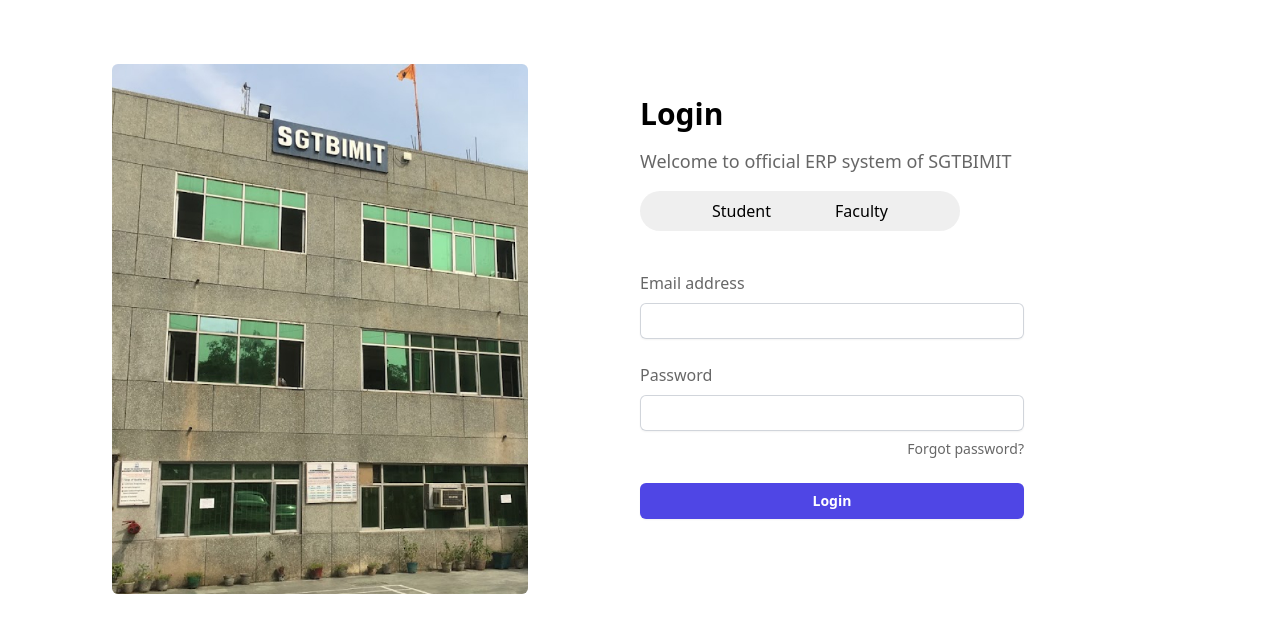
Repository: SehajBindra/SGTBIMIT-ERP-Client
Page: /StudentLogin
An editor plug-in stored every save of this project. The page is shown before and after the next save, followed by the edit.
The browser window is 1280 px wide. The pictures show the whole page.
The project was rebuilt for these pictures with package versions that can differ from the ones it lists, and the page was loaded fresh each time. Also part of the build but not shown: src/LOGIN/Login.js, src/LOGIN/FACULTY/FacultyLogin.js, src/STUDENT_PAGE/StuBody.js, src/STUDENT_PAGE/StuSidebar.js, src/STUDENT_PAGE/StuHeader.js, src/STUDENT_PAGE/StudentHome.js, src/FACULTY_PAGE/FacBody.js, src/FACULTY_PAGE/FacHeader.js and 2 more.

Above is the page before, as saved 2023-05-14 16:09:15.

### src/App.js
import React from 'react';
import { BrowserRouter as Router, Routes, Route } from "react-router-dom";
import './App.css';
import Login from './LOGIN/Login';
import StudentLogin from './LOGIN/STUDENT/StudentLogin';
import FacultyLogin from './LOGIN/FACULTY/FacultyLogin';
import StuBody from './STUDENT_PAGE/StuBody';
import StudentHome from './STUDENT_PAGE/StudentHome';
import StuSidebar from './STUDENT_PAGE/StuSidebar';
import StuHeader from './STUDENT_PAGE/StuHeader';
import FacBody from './FACULTY_PAGE/FacBody';
import FacHeader from './FACULTY_PAGE/FacHeader';
import FacSidebar from './FACULTY_PAGE/FacSidebar';
import FacultyHome from './FACULTY_PAGE/FacultyHome';
function App() {
  return (
    <div className="App">
      <Router>
        <Routes>
        <Route exact path="/" element={<Login />}></Route>
        <Route exact path="StudentLogin" element={<StudentLogin/>}></Route>
        <Route exact path="FacultyLogin" element={<FacultyLogin/>}></Route>
        <Route exact path="StuBody" element={<StuBody/>}></Route>
        <Route exact path="StuSidebar" element={<StuSidebar/>}></Route>
        <Route exact path="StuHeader" element={<StuHeader/>}></Route>
        <Route exact path="StudentHome" element={<StudentHome/>}></Route>
        <Route exact path="FacBody" element={<FacBody/>}></Route>
        <Route exact path="FacHeader" element={<FacHeader/>}></Route>
        <Route exact path="FacSidebar" element={<FacSidebar/>}></Route>
        <Route exact path="FacultyHome" element={<FacultyHome/>}></Route>
        </Routes>
      </Router>
    </div>
  );
}

export default App;

### src/LOGIN/STUDENT/StudentLogin.js
import React, { useEffect, useState } from "react";
import VisibilityIcon from "@mui/icons-material/Visibility";
import VisibilityOffIcon from "@mui/icons-material/VisibilityOff";

const StudentLogin = () => {
  const [translate, setTranslate] = useState(false);
  const [username, setUsername] = useState("");
  const [password, setPassword] = useState("");
  const [showPassword, setShowPassword] = useState(false);
  const [loading] = useState(false);

  useEffect(() => {
    setTimeout(() => {
      setTranslate(true);
    }, 1000);
  }, []);

  return (
    <div className=" grid grid-cols-4 h-[530px] my-16 mx-auto max-w-7xl ">
      <div className=" col-span-2">
        <img
          className="hidden md:inline h-[530px] object-cover rounded-md"
          src="/sgtb.jpg"
          alt="banner_image"
        />
      </div>

      <div className="bg-white text-left   col-span-2 my-8">
        <h2 className="text-3xl  font-semibold">Login</h2>
        <p className="text-black/60 text-[18px] my-4">
          Welcome to official ERP system of SGTBIMIT
        </p>

        <div
          className="flex  flex-row items-center  justify-center h-10 text-[#
            1B449C] bg-[#EEEE] max-w-xs  space-x-16 capitalize text-[16px] rounded-[32px]"
        >
          <p>student</p>
          <p className="">faculty</p>
        </div>

        <div>
          <div className="mt-10 text-[16px]  sm:w-full sm:max-w-sm">
            <form className="space-y-6" action="#" method="POST">
              <div>
                <label className="block text-left  font-normal leading-6 text-black/60">
                  Email address
                </label>
                <div className="mt-2">
                  <input
                    id="email"
                    name="email"
                    type="email"
                    autoComplete="email"
                    required
                    className="block w-full rounded-md border-0 py-1.5 text-gray-900 shadow-sm ring-1 ring-inset ring-gray-300 placeholder:text-gray-400 focus:ring-2 focus:ring-inset focus:ring-indigo-600 sm:text-sm sm:leading-6"
                  />
                </div>
              </div>

              <div>
                <div className="flex items-center justify-between">
                  <label
                    htmlFor="password"
                    className="block  font-normal leading-6 text-black/60"
                  >
                    Password
                  </label>
                </div>
                <div className="mt-2">
                  <input
                    id="password"
                    name="password"
                    type="password"
                    autoComplete="current-password"
                    required
                    className="block w-full rounded-md border-0 py-1.5 text-gray-900 shadow-sm ring-1 ring-inset ring-gray-300 placeholder:text-gray-400 focus:ring-2 focus:ring-inset focus:ring-indigo-600 sm:text-sm sm:leading-6"
                  />
                </div>
                <div className="text-sm text-right my-2">
                  <a
                    href="#"
                    className=" font-medium text-black/60 hover:text-black/60"
                  >
                    Forgot password?
                  </a>
                </div>
              </div>

              <div>
                <button
                  type="submit"
                  className="flex w-full justify-center rounded-md bg-indigo-600 px-3 py-1.5 text-sm font-semibold leading-6 text-white shadow-sm hover:bg-indigo-500 focus-visible:outline focus-visible:outline-2 focus-visible:outline-offset-2 focus-visible:outline-indigo-600"
                >
                  Login
                </button>
              </div>
            </form>
          </div>
        </div>
      </div>
    </div>
  );
};

export default StudentLogin;

### src/LOGIN/Login.css
*{
    margin: 0;
    padding: 0;
}
.display{
    min-height: 100vh;
    width: 100%;
    background-image: url("back.jpg");
    background-repeat: no-repeat;
    background-size: cover;
    background-position: center;
    position: relative;

}

Loaded but not shown: public/index.html (common file); src/index.js (common file); src/index.css (common file); src/App.css (common file); tailwind.config.js (common file)

After the next save:
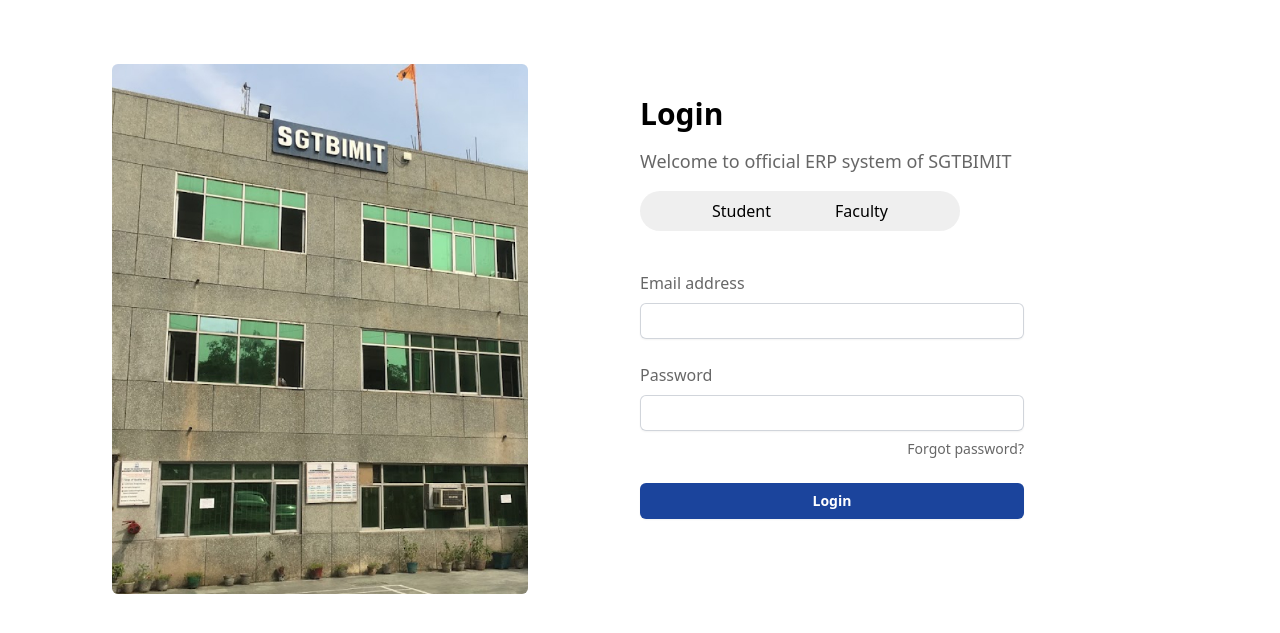
Saved 53 s later.
--- a/src/LOGIN/STUDENT/StudentLogin.js
+++ b/src/LOGIN/STUDENT/StudentLogin.js
@@ -90,7 +90,7 @@
               <div>
                 <button
                   type="submit"
-                  className="flex w-full justify-center rounded-md bg-indigo-600 px-3 py-1.5 text-sm font-semibold leading-6 text-white shadow-sm hover:bg-indigo-500 focus-visible:outline focus-visible:outline-2 focus-visible:outline-offset-2 focus-visible:outline-indigo-600"
+                  className="flex w-full justify-center rounded-md bg-[#1B449C] px-3 py-1.5 text-sm font-semibold leading-6 text-white shadow-sm hover:bg-indigo-500 focus-visible:outline focus-visible:outline-2 focus-visible:outline-offset-2 focus-visible:outline-indigo-600"
                 >
                   Login
                 </button>
